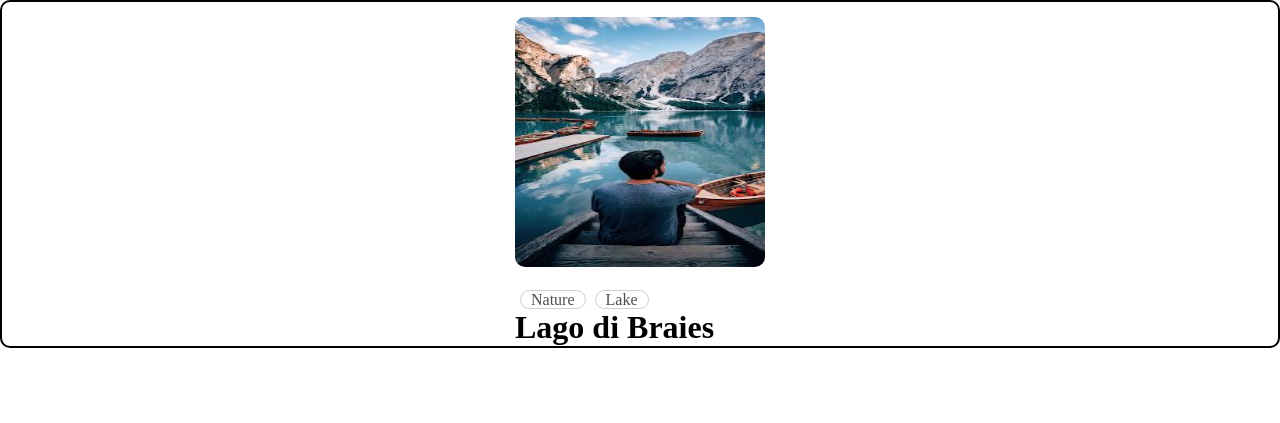
Repository: diensy/Web_dev
Page: Css/Exercise/exercise-2/index.html
The author's editor kept a copy of each file at every save. The page is drawn from the files as they stood at one save, then again after a run of saves.
The browser window is 1280 px wide. The pictures show the whole page.

Above is the page before, as saved 2024-05-27 21:16:09.

After the next 3 saves:
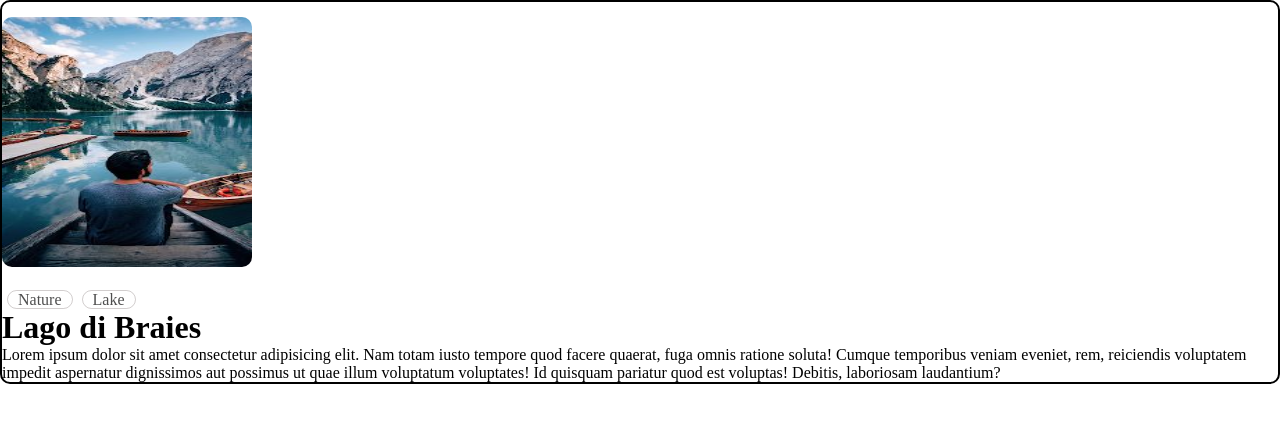
The 3 saves are shown as one change because they came seconds apart.
The last was saved 8 s later.
--- a/Css/Exercise/exercise-2/index.html
+++ b/Css/Exercise/exercise-2/index.html
@@ -1,24 +1,31 @@
 <!DOCTYPE html>
 <html lang="en">
-<head>
-    <meta charset="UTF-8">
-    <meta name="viewport" content="width=device-width, initial-scale=1.0">
+  <head>
+    <meta charset="UTF-8" />
+    <meta name="viewport" content="width=device-width, initial-scale=1.0" />
     <title>Document</title>
-    <link rel="stylesheet" href="index.css">
-</head>
-<body>
+    <link rel="stylesheet" href="index.css" />
+  </head>
+  <body>
     <div class="card">
-        <div class="image">
-            <img src="image.jpeg" alt="">
-        </div>
-        <div class="button">
-            <span>Nature</span>
-            <span>Lake</span>
-        </div>
-        <div class="content">
-            <h1>Lago di Braies</h1>
-            <p></p>
-        </div>
+      <div class="image">
+        <img src="image.jpeg" alt="" />
+      </div>
+      <div class="button">
+        <span>Nature</span>
+        <span>Lake</span>
+      </div>
+      <div class="content">
+        <h1>Lago di Braies</h1>
+        <p>
+          Lorem ipsum dolor sit amet consectetur adipisicing elit. Nam totam
+          iusto tempore quod facere quaerat, fuga omnis ratione soluta! Cumque
+          temporibus veniam eveniet, rem, reiciendis voluptatem impedit
+          aspernatur dignissimos aut possimus ut quae illum voluptatum
+          voluptates! Id quisquam pariatur quod est voluptas! Debitis,
+          laboriosam laudantium?
+        </p>
+      </div>
     </div>
-</body>
+  </body>
 </html>
